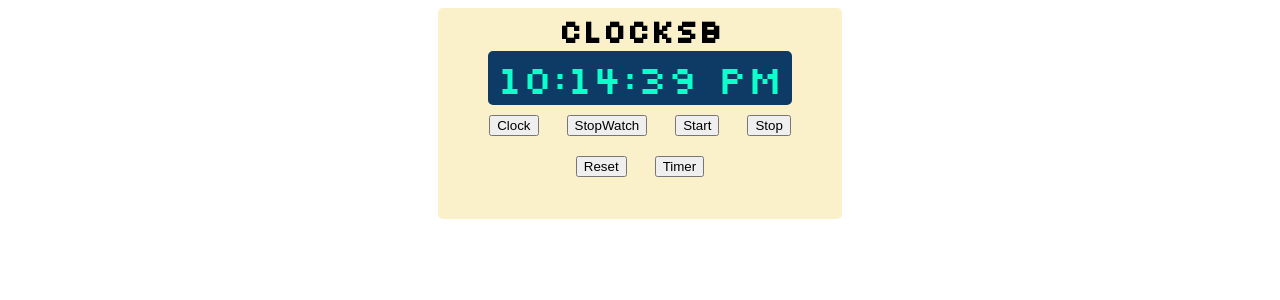
Repository: ourshadetree/clockSB
Page: index.html
An editor plug-in stored every save of this project. The page is shown before and after the next save, followed by the edit.
The browser window is 1280 px wide. The pictures show the whole page.

Above is the page before, as saved 2025-12-06 08:52:03.

### index.html
<!DOCTYPE html>
<html lang="en">
<head>
    <meta charset="UTF-8">
    <meta name="viewport" content="width=device-width, initial-scale=1.0">
    <title>clockSB</title>
    <link href="style.css" rel="stylesheet"/>
    <script src="index.js"></script>
</head>
<body>
    <div id="outer-shell">
        <h1 id="title">ClockSB</h1>

        <div id="screen">
            <span id="clockScreen">Clock stuff</span>

        </div>
        <button onClick="loadClock()">Clock</button>
        <button onClick="loadSW()">StopWatch</button>
        <button onClick="start()">Start</button>
        <button onClick="end()">Stop</button>
        <button onClick="loadSW()">Reset</button>
        <button onClick="loadTimer()">Timer</button>
    </div>
</body>
</html>

### style.css
@font-face {
    font-family: 'Silkscreen';
    src: url('./fonts/Silkscreen-Regular.ttf') format('truetype');
    font-weight: normal;
    font-style: normal;
}

body {
    font-family: 'Silkscreen', sans-serif;
    text-align: center;
}

#clockScreen {
    color: aquamarine;
    mix-blend-mode: hard-light;
    font-size: 40px;
}

#title {
    margin: 0;
}

button {
    margin: 10px;
}

#outer-shell {
    margin: auto;
    border: 2px solid #FAF0CA;
    border-radius: 5px;
    background-color: #FAF0CA;
    padding-bottom: 30px;
    width: 400px;
}

#screen {
    margin: auto;
    border: 2px solid #0D3B66;
    border-radius: 5px;
    background-color: #0D3B66;

    width: 300px;
    height: 50px;
}

### index.js
var checkT = new Date();
var time;
var amPm = "AM";
var seconds;
var minutes;
var hours;

window.onload = function() {
    loadClock();
}

function clearAllIntervals() {
    for(let i = 1; i < 99999; i++) {
        window.clearInterval(i);
    }
}

function loadClock() {
    getTime();
    clearAllIntervals();
    setInterval(getTime, 1000);
}

function getTime() {
    var currentTime = new Date();
    minutes = currentTime.getMinutes();
    hours = currentTime.getHours();
    seconds = currentTime.getSeconds();

    if(hours > 12) {
        amPm = "PM";
    } else {
        amPm = "AM";
    }

    if(hours > 12) {
        hours = hours - 12;
    }

    if(minutes < 10) {
        minutes = "0" + minutes;
    }

    if(seconds < 10) {
        seconds = "0" + seconds;
    }

    let time = hours + ":" + minutes + ":" + seconds + " " + amPm;

    let timeNow = document.getElementById("clockScreen");
    timeNow.innerHTML = time;

}

function loadSW() {
    clearAllIntervals();
    stopWatch();
}

function loadTimer() {
    clearAllIntervals();
    setTimer();
}

function setTimer() {
    seconds = 0;
    minutes = 0;
    hours = 0;

    displaySec = "00";
    displayMin = "00";
    displayHour = "00";

    document.getElementById("clockScreen").innerHTML = displayHour + ":" + displayMin + ":" + displaySec;
}

function stopWatch() {
    seconds = 0;
    minutes = 0;
    hours = 0;

    document.getElementById("clockScreen").innerHTML = "00:00:00";
}

function start() {
    countUp();
    clearAllIntervals();
    setInterval(countUp, 1000);
}

function end() {
    clearAllIntervals();
}

function countUp() {
    let displayMin;
    let displaySec;
    let displayHour;

    seconds++;

    if(seconds < 10 && seconds != 0) {
        displaySec = "";
        displaySec = "0" + seconds;
    } else if(seconds == 0) {
        displaySec = "";
        displaySec = "00";
    } else {
        displaySec = "";
        displaySec = seconds;
    }
    if(minutes < 10 && minutes != 0) {
        displayMin = "";
        displayMin = "0" + minutes;
    } else if(minutes == 0) {
        displayMin = "";
        displayMin = "00";
    } else {
        displayMin = "";
        displayMin = minutes;
    }
    if(hours < 10 && hours != 0) {
        displayHour = "";
        displayHour = "0" + hours;
    } else if(hours == 0) {
        displayHour = "";
        displayHour = "00";
    } else {
        displayHour = "";
        displayHour = hours;
    }
    if(seconds == 59) {
        seconds = 0;
        minutes++;
    }
    if(minutes == 59) {
        minutes = 0;
        hours++;
    }

    document.getElementById("clockScreen").innerHTML = displayHour + ":" + displayMin + ":" + displaySec;
}

After the next save:
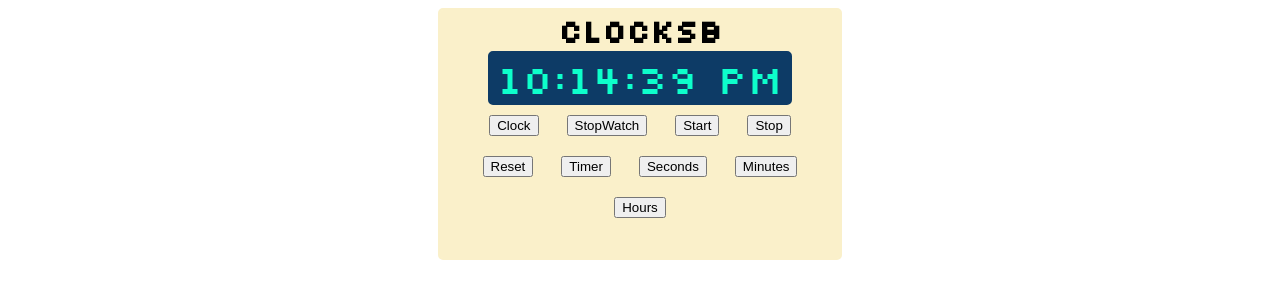
Saved 66 s later.
--- a/index.html
+++ b/index.html
@@ -21,6 +21,9 @@
         <button onClick="end()">Stop</button>
         <button onClick="loadSW()">Reset</button>
         <button onClick="loadTimer()">Timer</button>
+        <button>Seconds</button>
+        <button>Minutes</button>
+        <button>Hours</button>
     </div>
 </body>
 </html>
